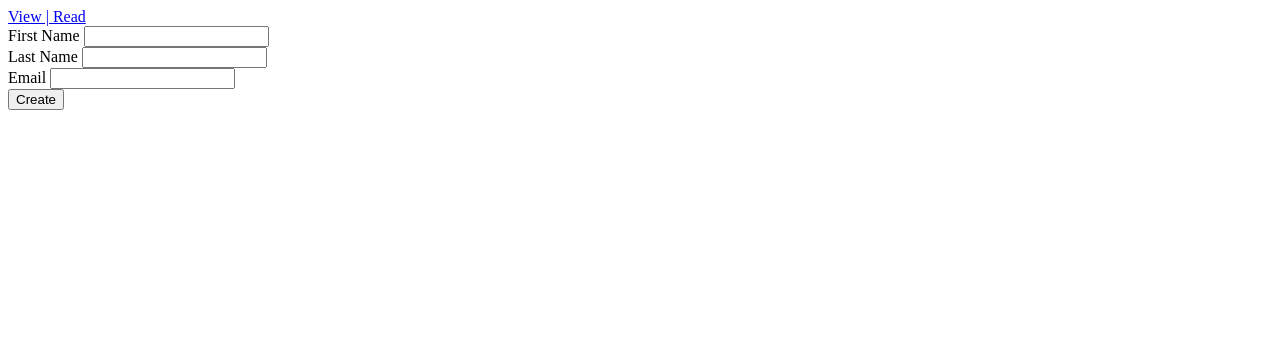
Repository: Ibrahimalrkaby/CRUD
Page: http://localhost/create.php
An editor plug-in stored every save of this project. The page is shown before and after the next save, followed by the edit.
The browser window is 1280 px wide. The pictures show the whole page.
The page is run by PHP 8.4 with error messages shown; the project is at /var/www/html/.

Above is the page before, as saved 2025-07-01 04:04:13.

### create.php
<!DOCTYPE html>
<html lang="en">

<head>
    <meta charset="UTF-8">
    <meta name="viewport" content="width=device-width, initial-scale=1.0">
    <title>PHP_CRUD - Create</title>
</head>

<body>
    <div class="form-holder">
        <a href="index.php">View | Read</a>
        <form action="req/create.php" method="POST">

            <?php if (isset($_GET['error'])) { ?>
                <p class="error"><?= htmlspecialchars($_GET['error']) ?></p>
            <?php } ?>

            <?php if (isset($_GET['success'])) { ?>
                <p class="success"><?= htmlspecialchars($_GET['success']) ?></p>
            <?php } ?>

            <label>First Name</label>
            <input type="text" name="first_name" id="first_name"><br>

            <label>Last Name</label>
            <input type="text" name="last_name" id="last_name"><br>

            <label>Email</label>
            <input type="text" name="email" id="email"><br>

            <button type="submit">Create</button>
        </form>
    </div>
</body>

</html>

### db_conn.php
<?php

$ServerName = "localhost";
$UserName = "root";
$password = "";

$db_name = "crud_app";

try {
    $conn = new PDO(
        "mysql:host=$ServerName;dbname=$db_name",
        $UserName,
        $password
    );

    $conn->setAttribute(PDO::ATTR_ERRMODE, PDO::ERRMODE_EXCEPTION);
} catch (PDOException $e) {
    echo "Connection Failed: " . $e->getMessage();
}

### style.css
/* table,
th,
td,
tr {
  border: 1px solid #ccc;
  border-collapse: collapse;
  padding: 5px;
} */

body {
  font-family: Arial, sans-serif;
  padding: 20px;
  background: #f2f2f2;
}
table {
  width: 100%;
  border-collapse: collapse;
  margin-top: 20px;
  background: white;
}
table,
th,
td {
  border: 1px solid #ddd;
}
th,
td {
  padding: 10px;
  text-align: center;
}
a {
  color: blue;
  text-decoration: none;
}
a.btn {
  display: inline-block;
  padding: 8px 12px;
  background: green;
  color: white;
  text-decoration: none;
  margin-bottom: 10px;
}
form input,
form button {
  display: block;
  width: 300px;
  margin: 10px 0;
  padding: 10px;
}
form button {
  background: blue;
  color: white;
  border: none;
}

After the next save:
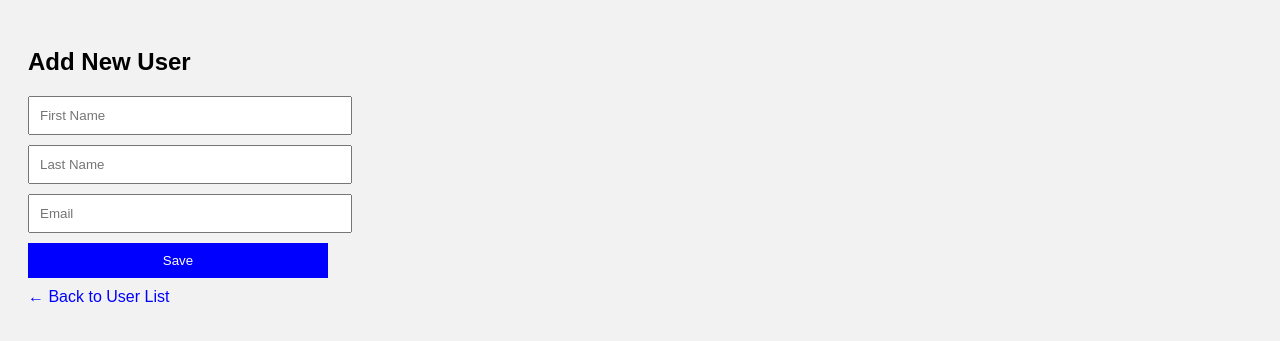
Saved 5 min 39 s later.
--- a/create.php
+++ b/create.php
@@ -1,37 +1,35 @@
+<?php include "db_conn.php"; ?>
 <!DOCTYPE html>
-<html lang="en">
+<html>
 
 <head>
-    <meta charset="UTF-8">
-    <meta name="viewport" content="width=device-width, initial-scale=1.0">
-    <title>PHP_CRUD - Create</title>
+    <title>Add User</title>
+    <link rel="stylesheet" href="style.css">
 </head>
 
 <body>
-    <div class="form-holder">
-        <a href="index.php">View | Read</a>
-        <form action="req/create.php" method="POST">
+    <h2>Add New User</h2>
+    <form method="POST">
+        <input type="text" name="first_name" placeholder="First Name" required>
+        <input type="text" name="last_name" placeholder="Last Name" required>
+        <input type="email" name="email" placeholder="Email" required>
+        <button type="submit" class="btn">Save</button>
+    </form>
+    <a href="index.php" class="back-link">← Back to User List</a>
 
-            <?php if (isset($_GET['error'])) { ?>
-                <p class="error"><?= htmlspecialchars($_GET['error']) ?></p>
-            <?php } ?>
-
-            <?php if (isset($_GET['success'])) { ?>
-                <p class="success"><?= htmlspecialchars($_GET['success']) ?></p>
-            <?php } ?>
-
-            <label>First Name</label>
-            <input type="text" name="first_name" id="first_name"><br>
-
-            <label>Last Name</label>
-            <input type="text" name="last_name" id="last_name"><br>
-
-            <label>Email</label>
-            <input type="text" name="email" id="email"><br>
-
-            <button type="submit">Create</button>
-        </form>
-    </div>
+    <?php
+    if ($_SERVER['REQUEST_METHOD'] === 'POST') {
+        $sql = "INSERT INTO users (first_name, last_name, email) VALUES (?, ?, ?)";
+        $stmt = $conn->prepare($sql);
+        $stmt->execute([
+            $_POST['first_name'],
+            $_POST['last_name'],
+            $_POST['email']
+        ]);
+        header("Location: index.php");
+        exit;
+    }
+    ?>
 </body>
 
 </html>
